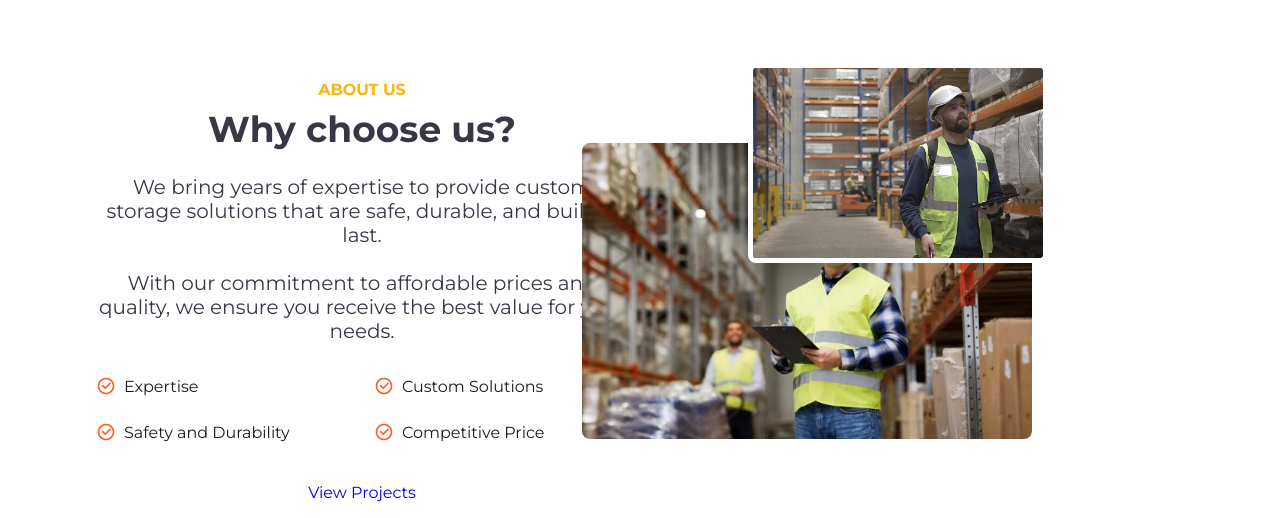
Repository: jahatesu/shelves-and-storage-equipment
Page: index.html
The author's editor kept a copy of each file at every save. The page is drawn from the files as they stood at one save, then again after the next save.
The browser window is 1280 px wide. The pictures show the part of the page from y = 720 to 1238 px (the page is 1238 px tall).
Backgrounds fixed to the window are drawn as part of the page. Some web fonts or font styles are not loaded; a fallback is used.

Above is the page before, as saved 2025-01-08 15:44:28.
Console error: TypeError: Cannot read properties of null (reading 'querySelector')

### index.html
<!DOCTYPE html>
<html lang="en">
<head>
    <meta charset="UTF-8">
    <meta name="viewport" content="width=device-width, initial-scale=1.0">
    <!-- Remix Icons -->
    <link rel="stylesheet" href="https://cdnjs.cloudflare.com/ajax/libs/remixicon/4.2.0/remixicon.css">
    <!-- Swiper CSS -->
    <link rel="stylesheet" href="assets\js\swiper-bundle.min.js" />
    <!-- CSS -->
    <link rel="stylesheet" href="style.css">
    <script src="https://cdnjs.cloudflare.com/ajax/libs/jquery/3.7.1/jquery.min.js"></script>
    <title>Shelves and Storage</title>
    <link rel="stylesheet" href="https://fonts.googleapis.com/css?family=Material+Symbols+Rounded&opsz,wght,FILL,GRAD@48,400,0,0" />
</head>

<body>

    <!-- Navigation Bar -->
    <header>
        <div class="logo">
            <img src="assets\images\logo.png" alt="Shelves and Storage Logo">
        </div>

        <div class="navigation">
            <input type="checkbox" id="nav-checkbox">
            <label for="nav-checkbox" class="nav-toggle">
                <i class="ri-menu-fill"></i>
            </label>

            <ul class="nav-menu">
                <li><a href="#">Home</a></li>
                <li><a href="#">About Us</a></li>
                <li><a href="#">Services</a></li>
                <li><a href="#">Products</a></li>
                <li><a href="#">Contact Us</a></li>
            </ul>
        </div>
    </header>

    <!-- Hero Section -->
    <div class="hero">
        <h1 class="animate__animated animate__fadeInDown">Shelves and Storage Equipment</h1>
        <h3 class="animate__animated animate__fadeInUp">Storage and Racking Expert</h3>
    </div>

    <!-- About Section -->
<section class="about section" id="about">
    <div class="about_container container grid">
        <div class="about_data">
            <span class="section_subtitle">ABOUT US</span>
            <h2 class="section_title">Why choose us?</h2>
            <p class="about_description">
                We bring years of expertise to provide custom storage solutions that are safe, durable, and built to last.
                <br><br>With our commitment to affordable prices and quality, we ensure you receive the best value for your needs.
            </p>
            <ul class="about_list grid">
                <li class="about_list-item">
                    <i class="ri-checkbox-circle-line"></i>
                    <span>Expertise</span>
                </li>
                <li class="about_list-item">
                    <i class="ri-checkbox-circle-line"></i>
                    <span>Custom Solutions</span>
                </li>
                <li class="about_list-item">
                    <i class="ri-checkbox-circle-line"></i>
                    <span>Safety and Durability</span>
                </li>
                <li class="about_list-item">
                    <i class="ri-checkbox-circle-line"></i>
                    <span>Competitive Price</span>
                </li>
            </ul>
            <a href="#projects" class="button">View Projects</a>
        </div>
        <div class="about_images">
            <img src="assets/images/about_img1.png" alt="image" class="about_img1">
            <img src="assets/images/about_img2.png" alt="image" class="about_img2">
        </div>
    </div>
</section>

    <!-- JavaScript -->
    <script src="main.js"></script>
</body>
</html>

### style.css
/* Import fonts */
@import url('https://fonts.googleapis.com/css2?family=Montserrat:wght@100..900&family=Open+Sans:ital,wght@0,300..800;1,300..800&display=swap');
@import url('https://cdnjs.cloudflare.com/ajax/libs/animate.css/4.1.1/animate.min.css');

/* root variable css */
:root{
    --header-height: 3.5rem;

    /* colors */
    /* hue, saturation, lightness */
    --first-color: hsl(18, 95%, 55%);
    --second-color: hsl(42, 98%, 52%);
    --first-gradient: linear-gradient(90deg,
                                    hsl(18, 95%, 55%),
                                    hsl(18, 98%, 64%));
    --title-color:hsl(255, 12%, 12%);
    --text-color: hsl(255, 12%, 24%);
    --text-color-light: hsl(255, 4%, 70%);
    --body-color: hsl(0, 0%, 100%);
    --container-color: hsl(0, 0%, 100%);
    --white-color: hsl(0, 0%, 100%);
    --black-color: hsl(255, 20%, 10%);
    --gray-border:hsl(255, 6%, 90%);
    --black-border: hsl(255, 10%, 20%);

    /* fonts and typography */
    /* .5 rem = 8px | 1rem = 16px */

    --body-font:"Montserrat", sans-serif;
    --big-font-size: 2.25rem;
    --h1-font-size: 1.5rem;
    --h2-font-size: 1.25rem;
    --h3-font-size: 1rem;
    --normal-font-size: .938rem;
    --small-font-size: .813rem;

    /* font weight */
    --font-regular: 400;
    --font-medium: 500;
    --font-semibold: 600;
    --font-bold: 700;

    /* z index */
    --z--tooltip: 10;
    --z-fixed: 100;
}

/* responsive typography */
@media screen and (min-width: 1150px) {
    :root{
        --big-font-size: 3.5rem;
        --h1-font-size: 2.25rem;
        --h2-font-size: 1.5rem;
        --h3-font-size: 1.25rem;
        --normal-font-size: 1rem; /* Fixed size for normal font */
        --small-font-size: .875rem; /* Increased small font size */
    }
}

/* Global styles */
* {
  margin: 0;
  padding: 0;
  box-sizing: border-box;
}

body {
    font-family: var(--body-font);
    font-size: var(--normal-font-size);
    background-color: var(--body-color);
    color: var(--text-color);
}

html{
    scroll-behavior: smooth;
}

body, ul, a{
    margin: 0;
    padding: 0;
    font-family: 'Montserrat', sans-serif;
}

/* h1, h2, h3, h4 {
    color: var(--title-color);
    font-weight: var(--font-semi-bold);
    margin: 10px 0;
    line-height: 1.2;
} */

/* Typography scaling for responsiveness */
h1 {
    font-size: 2.5rem; /* Scales with viewport width */
}
h2 {
    font-size: 2rem;
}
h3 {
    font-size: 1.75rem;
}
p {
    font-size: 1rem;
}

/* Media queries for responsiveness */
@media (min-width: 768px) {
    h1 {
        font-size: 3rem;
    }
    h2 {
        font-size: 2.5rem;
    }
    h3 {
        font-size: 2rem;
    }
    p {
        font-size: 1.125rem;
    }
}

@media (min-width: 1024px) {
    h1 {
        font-size: 3.5rem;
    }
    h2 {
        font-size: 3rem;
    }
    h3 {
        font-size: 2.5rem;
    }
    p {
        font-size: 1.25rem;
    }
}

/* General layout for larger screens */
@media (min-width: 1440px) {
    .container {
        padding: 30px;
    }
    h1 {
        font-size: 4rem;
    }
    h2 {
        font-size: 2rem;
    }
    h3 {
        font-size: 3rem;
    }
    p {
        font-size: 1rem;
    }

}

ul{
    list-style: none;
}

a{
    text-decoration: none;
}

img{
    display: block;
    max-width: 100%;
    height: auto;
    object-fit: contain;
}

/* Hide checkbox and toggle button initially */
#nav-checkbox,
.nav-toggle {
  display: none;
}

/* Hero section styles */
.hero {
  background: linear-gradient(rgba(0, 0, 0, 0.8), rgba(0, 0, 0, 0.6)),
    url("heroBG.jpg") no-repeat fixed bottom / cover;
  min-height: 100vh;
  display: flex;
  flex-direction: column;
  justify-content: center;
  align-items: center;
  text-align: center;
  /* width: 100%; */
}

.hero h1 {
  color: hsl(233, 39%, 23%);
  font-size: 60px;
  line-height: 1;
  text-shadow:
    0.5px 0.5px 0px #fff, /* Bottom-right shadow */
    -0.5px 0.5px 0px #fff, /* Bottom-left shadow */
    0.5px -0.5px 0px #fff, /* Top-right shadow */
    -0.5px -0.5px 0px #fff; /* Top-left shadow */
}

.hero h3 {
  color: #ffffff;
  /* position: static; */
  font-size: 26px;
  font-weight: normal;
  margin: 15px 0;
  line-height: 1;
  text-shadow:
    0.3px 0.3px 0px #fff, /* Bottom-right shadow */
    -0.3px 0.3px 0px #fff, /* Bottom-left shadow */
    0.3px -0.3px 0px #fff, /* Top-right shadow */
    -0.3px -0.3px 0px #fff; /* Top-left shadow */
}

/* Header styles */
header {
  position: fixed;
  top: 0;
  left: 0;
  width: 100%;
  display: flex;
  align-items: center;
  justify-content: space-around;
  padding: 20px 0;
  transition: background-color 0.5s ease;
  z-index: 1;
}

.logo h2 {
  color: #fff;
  text-transform: uppercase;
  font-weight: normal;
}

/* Navigation menu styles */
.nav-menu {
  display: flex;
  list-style: none;
}

.nav-menu li {
  display: inline-block;
}

.nav-menu li a {
  color: #fff;
  text-decoration: none;
  font-size: 1.2rem;
  padding: 0 15px;
}

.nav-menu li a:hover {
  color: hsl(18, 84%, 44%);
}

.active {
  background: hsl(18, 84%, 44%);
}

.active a:hover {
  color: #fff !important;
  text-decoration: underline;
}

.nav-toggle {
  display: none;
  font-size: 2rem;
  cursor: pointer;
  color: white;
}

/* Responsive menu styles */
@media (max-width: 768px) {
    .nav-menu {
        display: none;
        flex-direction: column;
        position: absolute;
        top: 60px;
        right: 20px;
        background-color: rgba(0, 0, 0, 0.9);
        border-radius: 8px;
        padding: 10px;
    }

    .nav-menu li {
        margin: 10px 0;
    }

    .nav-menu li a {
        font-size: 1.2rem;
    }

    .nav-toggle {
        display: block;
    }

    #nav-checkbox:checked ~ .nav-menu {
        display: flex;
    }

    header {
        justify-content: space-between;
        padding: 10px 20px;
    }
}

.logo img {
    max-width: 250px;
    height: auto;
    display: block;
    transition: all 0.3s ease;
}

/* Adjust logo size for smaller screens */
@media (max-width: 768px) {
    .logo img {
        max-width: 150px; /* Smaller logo for mobile */
        padding-top: 20px;
    }
}

/* About Section */
.container {
    max-width: 1120px;
    margin: 0 auto;
    padding: 0 1rem;
}

.grid {
    display: grid;
    gap: 1.5rem;
}

.section {
    padding-block: 5rem 1rem;
}

.section_title {
    text-align: center;
    font-size: var(--h1-font-size);
    font-weight: var(--font-bold);
    margin-bottom: 1.5rem;
}

.section_subtitle {
    display: block;
    text-align: center;
    font-size: var(--normal-font-size);
    font-weight: var(--font-bold);
    color: var(--second-color);
    margin-bottom: .5rem;
}

.about_container {
    row-gap: 8rem;
    display: grid;
    grid-template-columns: 1fr;
}

.about_data {
    text-align: center;
}

.about_description {
    margin-bottom: 2rem;
}

.about_list {
    display: grid;
    grid-template-columns: repeat(2, 1fr);
    justify-content: center;
    gap: 1.5rem;
    margin-bottom: 2.5rem;
}

.about_list-item {
    display: flex;
    align-items: center;
    gap: .5rem;
    color: var(--title-color);
}

.about_list-item i {
    font-size: 1.25rem;
    color: var(--first-color);
}

.about_images {
    display: flex;
    justify-content: center;
    gap: 1rem;
    position: relative;
}

.about_img1, .about_img2 {
    max-width: 100%;
    height: auto;
    border-radius: .5rem;
}

.about_img1 {
    width: 300px;
    border: 5px solid var(--body-color);
    position: absolute;
    top: -5rem;
    left: 6rem;
}

.about_img2 {
    width: 450px;
    margin-right: 9.5rem;
}

/* Responsive Design */
@media (min-width: 768px) {
    .about_container {
        grid-template-columns: 1fr 1fr;
        align-items: center;
    }

    .about_images {
        justify-content: flex-end;
    }
}

### main.js
$(document).ready(function() {
  $(window).bind('scroll', function(){
    var gap = 50;
    if ($(window).scrollTop() > gap) {
      $('header').addClass('active');
    } else {
      $('header').removeClass('active');
    }
  });
});

document.addEventListener('DOMContentLoaded', function () {
  const navToggle = document.querySelector('.nav-toggle');
  const navMenu = document.querySelector('.nav-menu');

  navToggle.addEventListener('click', function () {
      navMenu.classList.toggle('show-menu');
  });
});

const initSlider = () => {
  const imageList = document.querySelector(".slider-wrapper .image-list");
  const slideButtons = document.querySelectorAll(".slider-wrapper .slide-button");
  const sliderScrollbar = document.querySelector(".container .slider-scrollbar");
  const scrollbarThumb = sliderScrollbar.querySelector(".scrollbar-thumb");
  const maxScrollLeft = imageList.scrollWidth - imageList.clientWidth;

  // Slide images according to the slide button clicks
  slideButtons.forEach(button => {
      button.addEventListener("click", () => {
          const direction = button.id === "prev-slide" ? -1 : 1;
          const scrollAmount = imageList.clientWidth * direction;
          imageList.scrollBy({ left: scrollAmount, behavior: "smooth" });
      });
  });

  const handleSlideButtons = () =>{
      slideButtons[0].computedStyleMap.display = imageList.scrollLeft <= 0 ? "none" : "block";
      slideButtons[1].computedStyleMap.display = imageList.scrollLeft >= maxScrollLeft ? "none" : "block";
  }

  //update scroll bar position
  const updateScrollThumbPosition = () => {
      const scrollPosition = imageList.scrollLeft;
      const thumbPosition = (scrollPosition / maxScrollLeft) * (sliderScrollbar.clientWidth - scrollbarThumb .offsetWidth);
      scrollbarThumb.style.left = `${thumbPosition}px`;
  }

  imageList.addEventListener("scroll", () => {
      handleSlideButtons();
      updateScrollThumbPosition();
  });
};

window.addEventListener("load", initSlider);

Loaded but not shown: assets/js/swiper-bundle.min.js (library)

After the next save:
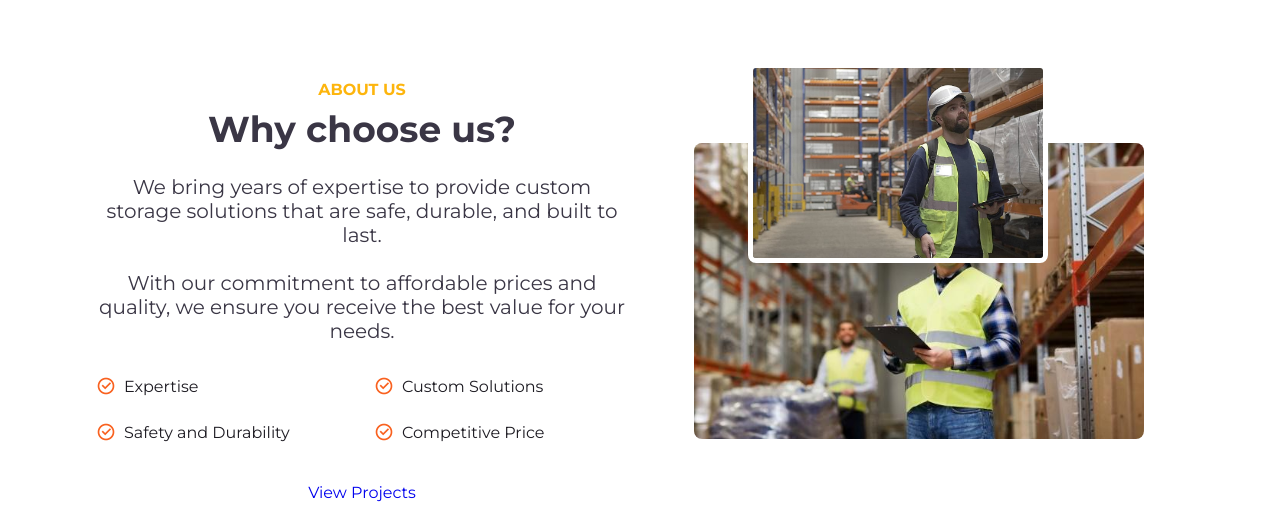
Saved 7 s later.
--- a/style.css
+++ b/style.css
@@ -408,7 +408,7 @@ header {
 
 .about_img2 {
     width: 450px;
-    margin-right: 9.5rem;
+    margin-right: 2.5rem;
 }
 
 /* Responsive Design */
